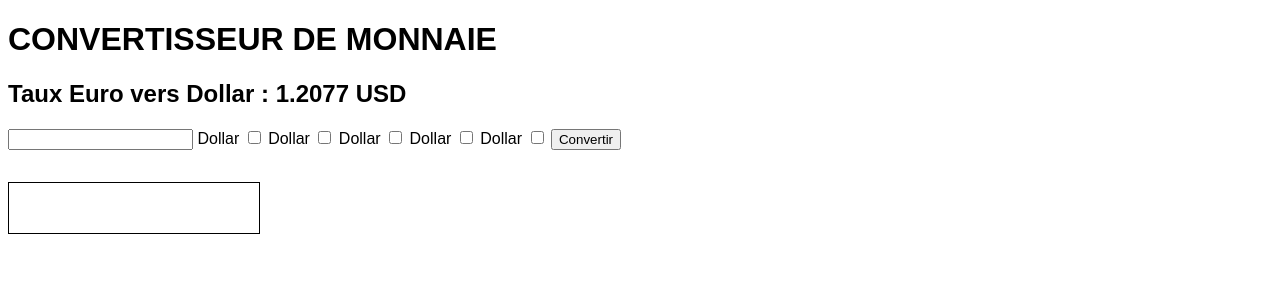
Repository: techmindconsulting/wordshiop-js
Page: index.html
The author's editor kept a copy of each file at every save. The page is drawn from the files as they stood at one save, then again after the next save.
The browser window is 1280 px wide. The pictures show the whole page.

Above is the page before, as saved 2021-01-17 13:15:27.

After the next save:
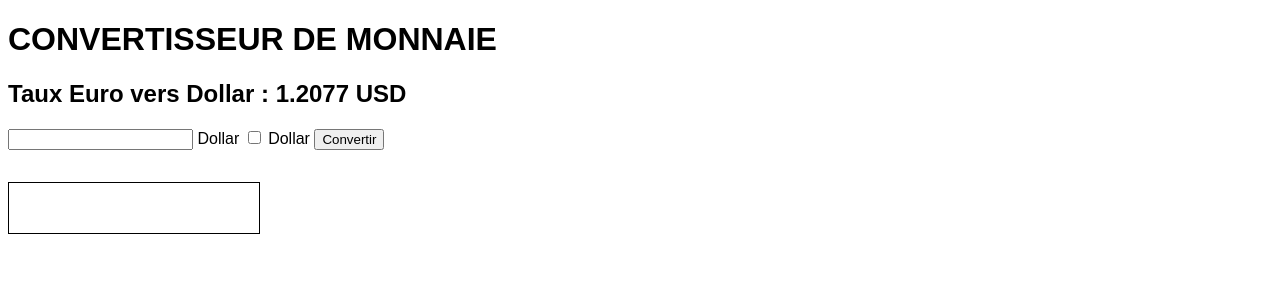
Saved 4 s later.
--- a/index.html
+++ b/index.html
@@ -24,13 +24,7 @@
     <label for="amount">Dollar</label>
     <input type="checkbox" id="dollar" name="currency">
     <label for="dollar">Dollar</label>
-    <input type="checkbox" id="franc-cfa" name="currency">
-    <label for="dollar">Dollar</label>
-    <input type="checkbox" id="dollar" name="currency">
-    <label for="dollar">Dollar</label>
-    <input type="checkbox" id="dollar" name="currency">
-    <label for="dollar">Dollar</label>
-    <input type="checkbox" id="dollar" name="currency">
+
     <input type="button" value="Convertir" onClick=convertir()>
     <p id="resultat"></p>
 </body>
